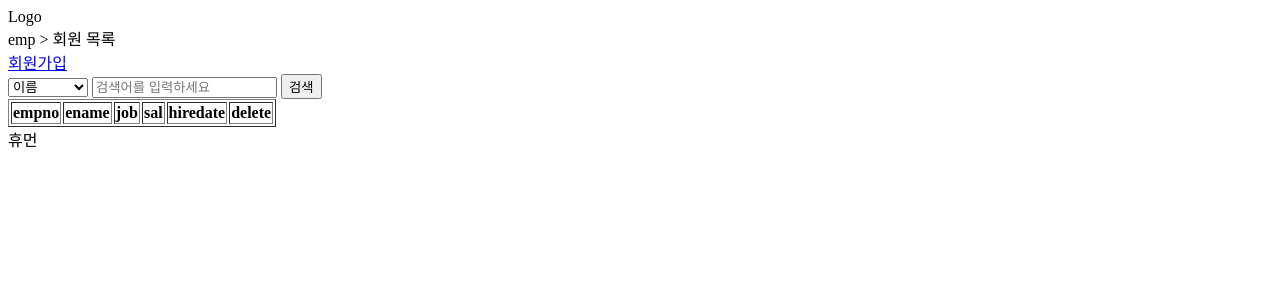
Repository: polikiki/Connor-s-team-projectt
Page: http://localhost/proj6_myBatis/emp0
The author's editor kept a copy of each file at every save. The page is drawn from the files as they stood at one save, then again after the next save.
The browser window is 1280 px wide. The pictures show the whole page.
The page is served by Tomcat 9. Other server files are loaded and not shown. Queries for data that is not in the repository find no rows.

Above is the page before, as saved 2024-09-20 05:07:18.

### workspace_java/proj6_myBatis/src/main/webapp/WEB-INF/views/emp.jsp
<%@ page language="java" contentType="text/html; charset=UTF-8"
    pageEncoding="UTF-8"%>
<%@ taglib prefix="c" uri="http://java.sun.com/jsp/jstl/core" %>
<%@ taglib prefix="fmt" uri="http://java.sun.com/jsp/jstl/fmt" %>
<%@ taglib prefix="fn" uri="http://java.sun.com/jsp/jstl/functions" %>

<!DOCTYPE html>
<html>
<head>
<meta charset="UTF-8">
<title>Insert title here</title>
</head>
<body>
<header>
	Logo
	<nav>emp > 회원 목록</nav>
</header>
<main>
	<a href="emp0?cmd=join">회원가입</a>
	<section>
		<article>
			<form method="get" action="emp0">
				<select name="searchType">
					<option value="1" ${searchType ==1 ? " selected='selected' " : "" } >이름</option>
					<option value="2" ${searchType ==2 ? " selected='selected' " : "" }>직책</option>
					<option value="3" ${searchType ==3 ? " selected='selected' " : "" }>이름+직책</option>
					<option value="4" ${searchType ==4 ? " selected='selected' " : "" }>연봉(이하)</option>
				</select>
				<input type="text" name="keyword" placeholder="검색어를 입력하세요" value="${keyward}">
				<input type="submit" value="검색">
			</form>
			<table border="1">
				<caption style = "display:none;">회원 목록 표시 : display:none으로 감춰놓자</caption>
				<thead>
					<tr>
						<th>empno</th>
						<th>ename</th>
						<th>job</th>
						<th>sal</th>
						<th>hiredate</th>
						<th>delete</th>
					</tr>
				</thead>
				<tbody>
					<c:forEach var="dto" items="${emplist}">
						<tr>
							<form action="emp0" method="post">

							<td>${dto.empno}</td>
							<td><a
								href="emp0?cmd=detail&empno=${dto.empno}">${dto.ename}</a></td>
							<td>${dto.job}</td>
							<td>${dto.sal}</td>
							<td>
								<fmt:formatDate value="${dto.hireDate}" pattern="yyyy년 MM월 dd일 hh시 mm분 ss초"/>
							</td>
							<td>
								<form action="emp0" method="post">
									<input type="hidden" name="cmd" value="delete">
									<input type="hidden" name="empno" value="${dto.empno}">
									<input type="submit" value="삭제">
							</form>
							</td>
						</tr>
					</c:forEach>
				</tbody>
			</table>
		</article>
	</section>
</main>
<footer>휴먼</footer>
</body>

<script>

</script>
</html>

### workspace_java/proj6_myBatis/src/main/java/emp/crud/Emp0Servlet.java
package emp.crud;

import java.io.IOException;
import java.sql.Date;
import java.util.List;

import javax.servlet.ServletException;
import javax.servlet.annotation.WebServlet;
import javax.servlet.http.HttpServlet;
import javax.servlet.http.HttpServletRequest;
import javax.servlet.http.HttpServletResponse;

@WebServlet("/emp0")
public class Emp0Servlet extends HttpServlet {
	private static final long serialVersionUID = 1L;

	private boolean _DEBUG = true;

	protected void doGet(HttpServletRequest request, HttpServletResponse response) throws ServletException, IOException {

		String cmd = request.getParameter("cmd");
		EmpDAO empDAO = new EmpDAO();

		if(cmd == null) {

//		List<EmpDTO> emplist = empDAO.selectEmp();

		EmpDTO empDTO = new EmpDTO();
		String keyword = request.getParameter("keyword");
		String searchType = request.getParameter("searchType");
		empDTO.setKeyword(keyword);
		empDTO.setSearchType(searchType);


		List<EmpDTO> emplist = empDAO.selectEmpList(empDTO);

		request.setAttribute("emplist", emplist);
		request.setAttribute("keyword", keyword);
		request.setAttribute("searchType", searchType);

		request.getRequestDispatcher("/WEB-INF/views/emp.jsp").forward(request, response);

		}else if("join".equals(cmd)){

			request.getRequestDispatcher("/WEB-INF/views/empjoin.jsp").forward(request, response);
		}else if("detail".equals(cmd)) {

			// pk인 empno 확보
			String strEmpno = request.getParameter("empno");

			try {
				int empno = Integer.parseInt(strEmpno);

				// 특정 회원 정보 조회
				EmpDTO empDTO = empDAO.selectOneEmp(empno);
				System.out.println("empDTO :"+ empDTO);
				// 정보를 request에 담아서
				request.setAttribute("empDTO", empDTO);
				request.setAttribute("cmd", "detail");
				// 상세 정보 페이지로 이동
				request.getRequestDispatcher("/WEB-INF/views/empjoin.jsp").forward(request, response);

			}catch (Exception e) {
				e.printStackTrace();
			}

		}else if("edit".equals(cmd)) {


				// pk인 empno 확보
				String strEmpno = request.getParameter("empno");

				try {
						int empno = Integer.parseInt(strEmpno);

					// 특정 회원 정보 조회
					EmpDTO empDTO = empDAO.selectOneEmp(empno);

					// 정보를 request에 담아서
					request.setAttribute("empDTO", empDTO);
					request.setAttribute("cmd", cmd);

					// 상세 정보 페이지로 이동
					request.getRequestDispatcher("/WEB-INF/views/empjoin.jsp").forward(request, response);

				}catch (Exception e) {
					e.printStackTrace();
				}

		}

	}


	protected void doPost(HttpServletRequest request, HttpServletResponse response) throws ServletException, IOException {

		request.setCharacterEncoding("utf-8");
		response.setContentType("text/html; charset=utf-8;");

		String strEmpno = request.getParameter("empno");
		String ename = request.getParameter("ename");
		String strHireDate = request.getParameter("hireDate"); // 2024-09-19


		try {
			int empno = Integer.parseInt(strEmpno);

			Date hireDate = null;

			if(strHireDate != null) {
				hireDate = Date.valueOf(strHireDate);
			}


			EmpDTO empDTO = new EmpDTO();
			empDTO.setEmpno(empno);
			empDTO.setEname(ename);
			empDTO.setHireDate(hireDate);

			// insert 실행

			EmpDAO empDAO = new EmpDAO();

			String cmd = request.getParameter("cmd");
			if(cmd == null) {
				int result = empDAO.insertEmp(empDTO);
				System.out.println("회원 가입 결과 :"+ result);
			}else if("edit".equals(cmd)) {
				int result = empDAO.updateEmp(empDTO);
				System.out.println("업데이트 결과 :"+ result);
			}else if("delete".equals(cmd)) {
				// 삭제
				int result = empDAO.DeleteEmp(empDTO);
				System.out.println("삭제 결과 :"+ result);
			}

			response.sendRedirect("emp0");

		}catch (Exception e) {
			if(_DEBUG) {
				e.printStackTrace();
			}
		}

	}


	protected void doDelete(HttpServletRequest request, HttpServletResponse response) throws ServletException, IOException {

	}

	protected void doPut(HttpServletRequest request, HttpServletResponse response) throws ServletException, IOException {



	}

}

### workspace_java/proj6_myBatis/src/main/java/emp/crud/EmpDAO.java
package emp.crud;

import java.io.Reader;
import java.util.List;
import java.util.Map;

import org.apache.ibatis.io.Resources;
import org.apache.ibatis.session.SqlSession;
import org.apache.ibatis.session.SqlSessionFactory;
import org.apache.ibatis.session.SqlSessionFactoryBuilder;

import emp.crud.EmpDTO;

public class EmpDAO {

	private  SqlSessionFactory sqlMapper = null;

    public  SqlSessionFactory getInstance() {
        if(sqlMapper == null) {
        	// DB 접속
        	// 자동 커밋 : sqlMapper.openSession()
        	// 수동 커밋 : sqlMapper.openSession(false)
            try {
                String res = "mybatis/SqlMapConfig.xml";
                Reader reader = Resources.getResourceAsReader(res);

                SqlSessionFactoryBuilder ssfb = new SqlSessionFactoryBuilder();
                sqlMapper = ssfb.build(reader);

                reader.close();
            }catch (Exception e) {
                e.printStackTrace();
            }
        }

        return sqlMapper;
    }

    public List<EmpDTO> selectEmp() {
    	List<EmpDTO> empList = null;

    	// SqlMapConfig.xml을 읽어옴
    	sqlMapper = getInstance();
    	if(sqlMapper != null) {

    		// DB 접속
        	SqlSession sqlSession = sqlMapper.openSession(true);

        	empList = sqlSession.selectList("mapper.emp.selectAllEmp");
        	System.out.println("empList.size :" + empList.size());
    	} else {
    		System.out.println("DB 접속 실패");
    	}

    	return empList;
    }



    public int insertEmp(EmpDTO empDTO) {
    	int result = -1;

    	// SqlMapConfig.xml을 읽어옴
    	sqlMapper = getInstance();
    	if(sqlMapper != null) {

    		// DB 접속
    		// 자동 커밋 : sqlMapper.openSession()
    		// 수동 커밋 : sqlMapper.openSession(false)
        	SqlSession sqlSession = sqlMapper.openSession(true);

        	try {
        		System.out.println(empDTO);
        		result = sqlSession.insert("mapper.emp.param.insertEmp", empDTO);
        	}catch (Exception e) {
        		e.printStackTrace();
			}
    	} else {
    		System.out.println("DB 접속 실패");
    	}

    	return result;
    }

    public int DeleteEmp(EmpDTO empDTO) {
    	int result = -1;

    	// SqlMapConfig.xml을 읽어옴
    	sqlMapper = getInstance();
    	if(sqlMapper != null) {

    		// DB 접속
        	SqlSession sqlSession = sqlMapper.openSession(true);

        	try {
        		System.out.println(empDTO);
        		result = sqlSession.delete("mapper.emp.param.deleteEmp", empDTO);
        	}catch (Exception e) {
        		e.printStackTrace();
			}
    	} else {
    		System.out.println("DB 접속 실패");
    	}

    	return result;
    }

    public EmpDTO selectOneEmp(int empno) {
    	EmpDTO empDTO = null;

    	// SqlMapConfig.xml을 읽어옴
    	sqlMapper = getInstance();
    	if(sqlMapper != null) {

    		// DB 접속
        	SqlSession sqlSession = sqlMapper.openSession();

        	try {
        		empDTO = sqlSession.selectOne("mapper.emp.param.selectOneEmp", empno);
        	}catch (Exception e) {
        		e.printStackTrace();
			}
    	} else {
    		System.out.println("DB 접속 실패");
    	}

    	return empDTO;
    }

    public int updateEmp(EmpDTO empDTO) {
    	int result = -1;

    	// SqlMapConfig.xml을 읽어옴
    	sqlMapper = getInstance();
    	if(sqlMapper != null) {

    		// DB 접속
    		// 자동 커밋 : sqlMapper.openSession()
    		// 수동 커밋 : sqlMapper.openSession(false)
        	SqlSession sqlSession = sqlMapper.openSession(true);

        	try {
        		System.out.println(empDTO);
        		result = sqlSession.update("mapper.emp.param.updateEmp", empDTO);
        	}catch (Exception e) {
        		e.printStackTrace();
			}
    	} else {
    		System.out.println("DB 접속 실패");
    	}

    	return result;
    }

    public List<EmpDTO> selectEmpList(EmpDTO empDTO) {
    	List<EmpDTO> empList = null;

    	// SqlMapConfig.xml을 읽어옴
    	sqlMapper = getInstance();
    	if(sqlMapper != null) {

    		// DB 접속
        	SqlSession sqlSession = sqlMapper.openSession(true);

//        	empList = sqlSession.selectList("mapper.emp.dynamic.selectEmpList",empDTO);
        	empList = sqlSession.selectList("mapper.emp.dynamic.selectEmpList2",empDTO);
        	System.out.println("empList.size :" + empList.size());
    	} else {
    		System.out.println("DB 접속 실패");
    	}

    	return empList;
    }


}

### workspace_java/proj6_myBatis/src/main/java/emp/crud/EmpDTO.java
package emp.crud;

import java.sql.Date;

public class EmpDTO {

	private Integer empno;	// 사원번호
	private String ename;	// 사원명
	private String job;
	private Integer mgr;
	private Date hireDate;
	private int sal;
	private Integer comm;
	private int deptno;

	private int rnum;

	private String keyword;
	private String searchType;

	public int getRnum() {
		return rnum;
	}
	public void setRnum(int rnum) {
		this.rnum = rnum;
	}
	public Integer getEmpno() {
//		System.out.println("getEmpno 호출");
		return this.empno;
	}
	public void setEmpno(Integer empno) {
		this.empno = empno;
	}
	public String getEname() {
		return ename;
	}
	public void setEname(String ename) {
		this.ename = ename;
	}
	public String getJob() {
		return job;
	}
	public void setJob(String job) {
		this.job = job;
	}
	public Integer getMgr() {
		return mgr;
	}
	public void setMgr(Integer mgr) {
		this.mgr = mgr;
	}
	public Date getHireDate() {
		return hireDate;
	}
	public void setHireDate(Date hireDate) {
		this.hireDate = hireDate;
	}
	public int getSal() {
		return sal;
	}
	public void setSal(int sal) {
		this.sal = sal;
	}
	public Integer getComm() {
		return comm;
	}
	public void setComm(Integer comm) {
		this.comm = comm;
	}
	public int getDeptno() {
		return deptno;
	}
	public void setDeptno(int deptno) {
		this.deptno = deptno;
	}

	public String getKeyword() {
		return keyword;
	}
	public void setKeyword(String keyword) {
		this.keyword = keyword;
	}

	public String getSearchType() {
		return searchType;
	}
	public void setSearchType(String searchType) {
		this.searchType = searchType;
	}
	@Override
	public String toString() {
		return "EmpDTO [empno=" + empno + ", ename=" + ename + ", job=" + job + ", mgr=" + mgr + ", hireDate="
				+ hireDate + ", sal=" + sal + ", comm=" + comm + ", deptno=" + deptno + ", rnum=" + rnum + ", keyword="
				+ keyword + "]";
	}

}

After the next save:
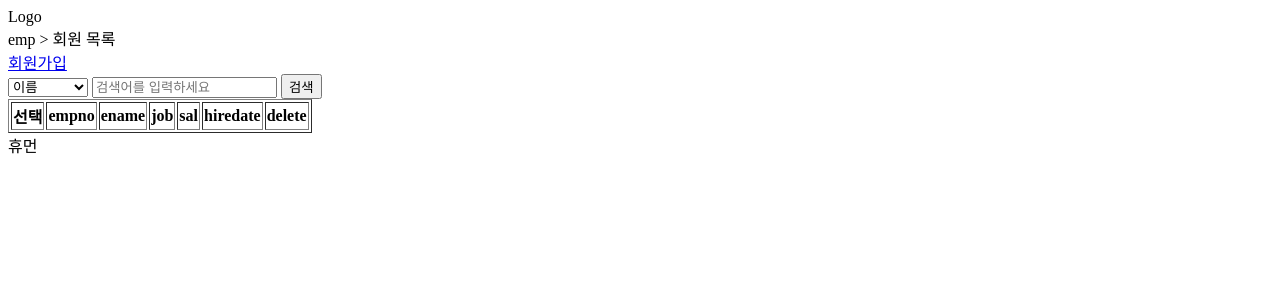
Saved 7 min 25 s later.
--- a/workspace_java/proj6_myBatis/src/main/webapp/WEB-INF/views/emp.jsp
+++ b/workspace_java/proj6_myBatis/src/main/webapp/WEB-INF/views/emp.jsp
@@ -33,6 +33,7 @@
 				<caption style = "display:none;">회원 목록 표시 : display:none으로 감춰놓자</caption>
 				<thead>
 					<tr>
+						<th>선택</th>
 						<th>empno</th>
 						<th>ename</th>
 						<th>job</th>
